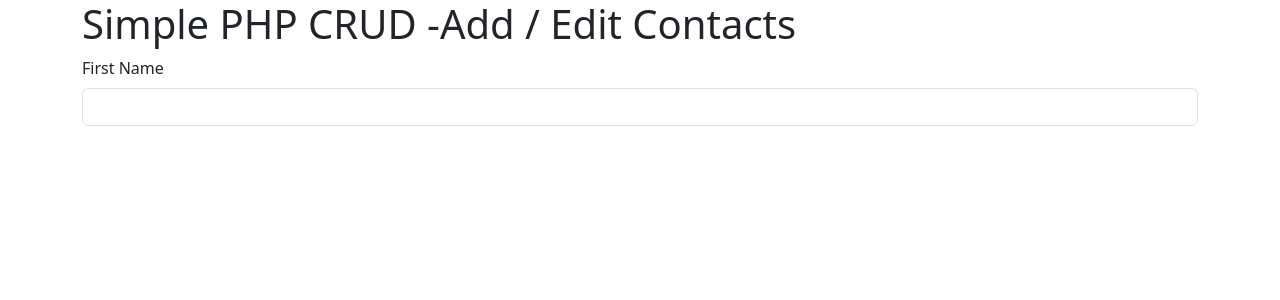
Repository: mennaabdelelhady/PHP-CRUD
Page: http://localhost/add_edit.php
An editor plug-in stored every save of this project. The page is shown before and after the next save, followed by the edit.
The browser window is 1280 px wide. The pictures show the whole page.
The page is run by PHP 8.4 with error messages shown; the project is at /var/www/html/.

Above is the page before, as saved 2024-12-30 03:21:53.

### public/add_edit.php
<?php

$title ="Simple PHP CRUD -Add / Edit Contacts";

?>

<!DOCTYPE html>
<html lang="en">
<head>
    <meta charset="UTF-8">
    <meta name="viewport" content="width=device-width, initial-scale=1.0">
    <link href="https://cdn.jsdelivr.net/npm/bootstrap@5.3.3/dist/css/bootstrap.min.css" rel="stylesheet" integrity="sha384-QWTKZyjpPEjISv5WaRU9OFeRpok6YctnYmDr5pNlyT2bRjXh0JMhjY6hW+ALEwIH" crossorigin="anonymous">
    <title><?php echo $title ?></title>
</head>
<body class="container">
    <h1><?php echo $title ?></h1>
    <form action="">
        <div class="mb-3">
            <label for="first_name" class="form-label">First Name</label>
            <input type="text" class="form-control" id="first_name" name="first_name">
        </div>
    </form>
</body>

</html>

After the next save:
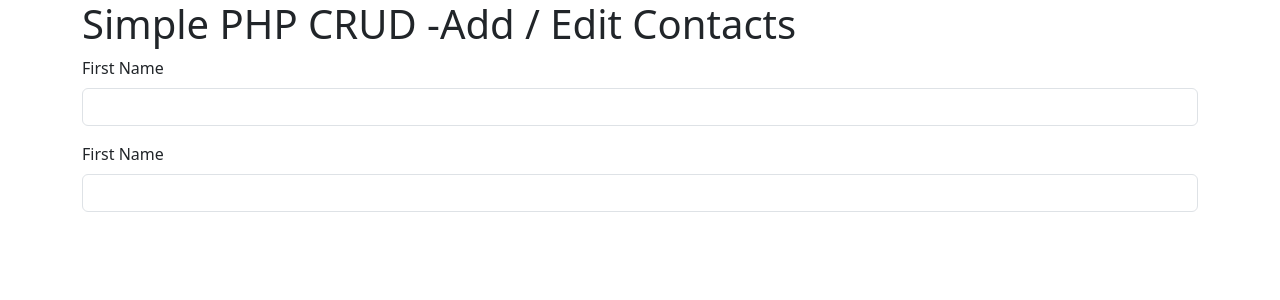
Saved 25 min 22 s later.
--- a/public/add_edit.php
+++ b/public/add_edit.php
@@ -19,6 +19,10 @@ $title ="Simple PHP CRUD -Add / Edit Contacts";
             <label for="first_name" class="form-label">First Name</label>
             <input type="text" class="form-control" id="first_name" name="first_name">
         </div>
+        <div class="mb-3">
+            <label for="first_name" class="form-label">First Name</label>
+            <input type="text" class="form-control" id="first_name" name="first_name">
+        </div>
     </form>
 </body>
 
